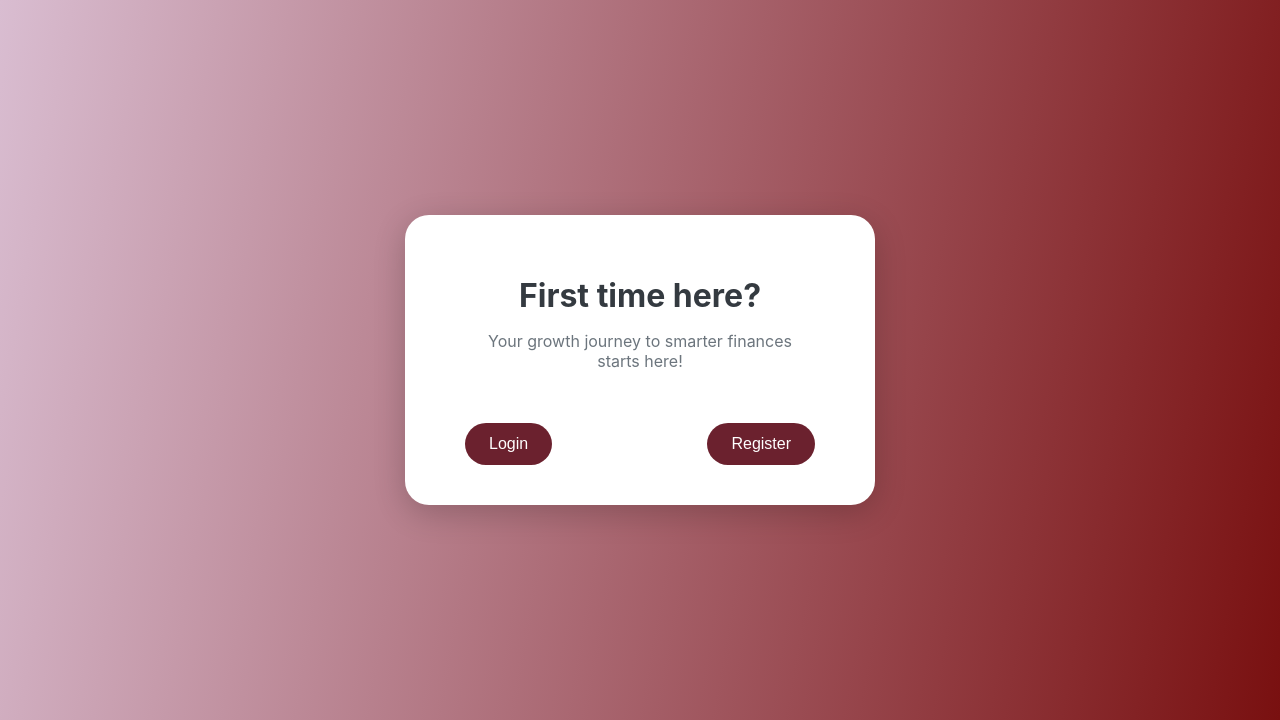
Repository: aab232/https---github.com-aab232-Deferred-Payment-Platform
Page: / (app in frontend/)
The author's editor kept a copy of each file at every save. The page is drawn from the files as they stood at one save, then again after the next save.
The browser window is 1280 px wide. The pictures show the whole page.
The project was rebuilt for these pictures with package versions that can differ from the ones it lists, and the page was loaded fresh each time. Also part of the build but not shown: frontend/src/components/Register.js, frontend/src/components/Login.js, frontend/src/components/Main.js.

Above is the page before, as saved 2025-03-19 13:38:26.

### frontend/src/App.js
import React from 'react';
import { BrowserRouter as Router, Routes, Route } from 'react-router-dom';
import Home from './components/Home';
import Register from './components/Register';
import Login from './components/Login';
import Main from './components/Main';

const App = () => {
  return (
    <Router>
      <Routes>
        <Route path="/" element={<Home />} />
        <Route path="/login" element={<Login />} />
        <Route path="/register" element={<Register />} />
        <Route path="/main" element={<Main />} />
      </Routes>
    </Router>
  );
};

export default App;

### frontend/src/components/Home.js
import React from 'react';
import { useNavigate } from 'react-router-dom';
import './Home.css';

const Home = () => {
  const navigate = useNavigate();

  return (
    <div className="container">
      <div className="card">
        <h1>First time here?</h1>
        <p>Your growth journey to smarter finances starts here!</p>
        <div className="button-group">
          <button onClick={() => navigate('/login')} className="btn">Login</button>
          <button onClick={() => navigate('/register')} className="btn">Register</button>
        </div>
      </div>
    </div>
  );
};

export default Home;

### frontend/src/components/Home.css
.container {
    display: flex;
    justify-content: center;
    align-items: center;
    height: 100vh; /* Full viewport height */
    background: linear-gradient(135deg, #252f3b, #252d3b); /* Elegant gradient */
  }

  .card {
    text-align: center;
    background: #fff;
    padding: 40px 60px;
    border-radius: 24px;
    box-shadow: 0 8px 32px rgba(0, 0, 0, 0.2);
    max-width: 350px;
    width: 100%;
  }

  h1 {
    margin-bottom: 16px;
    font-size: 28px;
    color: #252f3b;
  }

  p {
    margin-bottom: 32px;
    font-size: 16px;
    color: #555;
  }

  .button-group {
    display: flex;
    justify-content: space-between;
  }

  .btn {
    padding: 12px 24px;
    font-size: 16px;
    border: none;
    border-radius: 30px; /* Rounded buttons */
    cursor: pointer;
    transition: background 0.3s ease;
    color: white;
    background: #252f3b;
  }

  .btn:hover {
    background: #252f3b; /* Button hover effect */
  }

### frontend/src/components/Form.css
.container {
    display: flex;
    justify-content: center;
    align-items: center;
    height: 100vh;
    background: linear-gradient(100deg, #d9bdd1, #791010);
  }

  .form-card {
    background: white;
    padding: 40px 60px;
    border-radius: 24px;
    box-shadow: 0 8px 32px rgba(0, 0, 0, 0.2);
    max-width: 400px;
    width: 100%;
    text-align: center;
  }

  h2 {
    color: #252f3b;
  }

  input {
    display: block;
    width: 100%;
    margin: 10px 0;
    padding: 12px;
    border: 1px solid #ddd;
    border-radius: 30px;
  }

  .btn {
    padding: 12px 24px;
    margin-top: 20px;
    border-radius: 30px;
    border: none;
    color: white;
    background: #6b212e;
    cursor: pointer;
  }

  .btn:hover {
    background: #a41b34;
  }

  .link {
    color: #6b212e;
    cursor: pointer;
  }

### frontend/src/components/Main.css
.main-container {
    display: flex;
    flex-direction: column;
    align-items: center;
    justify-content: center;
    height: 100vh;
    background: #f8f9fa;
  }

  .taskbar {
    position: absolute;
    top: 20px;
    right: 40px;
    display: flex;
    gap: 20px;
  }

  .tab {
    cursor: pointer;
    padding: 8px 16px;
    border-radius: 8px;
    transition: background 0.3s ease;
  }

  .tab:hover {
    background: #007bff;
    color: white;
  }

  .logout {
    color: red;
  }

  h1 {
    font-size: 2rem;
    color: #343a40;
  }

  p {
    color: #6c757d;
  }

Loaded but not shown: frontend/public/index.html (common file); frontend/src/index.js (common file); frontend/src/index.css (common file)

After the next save:
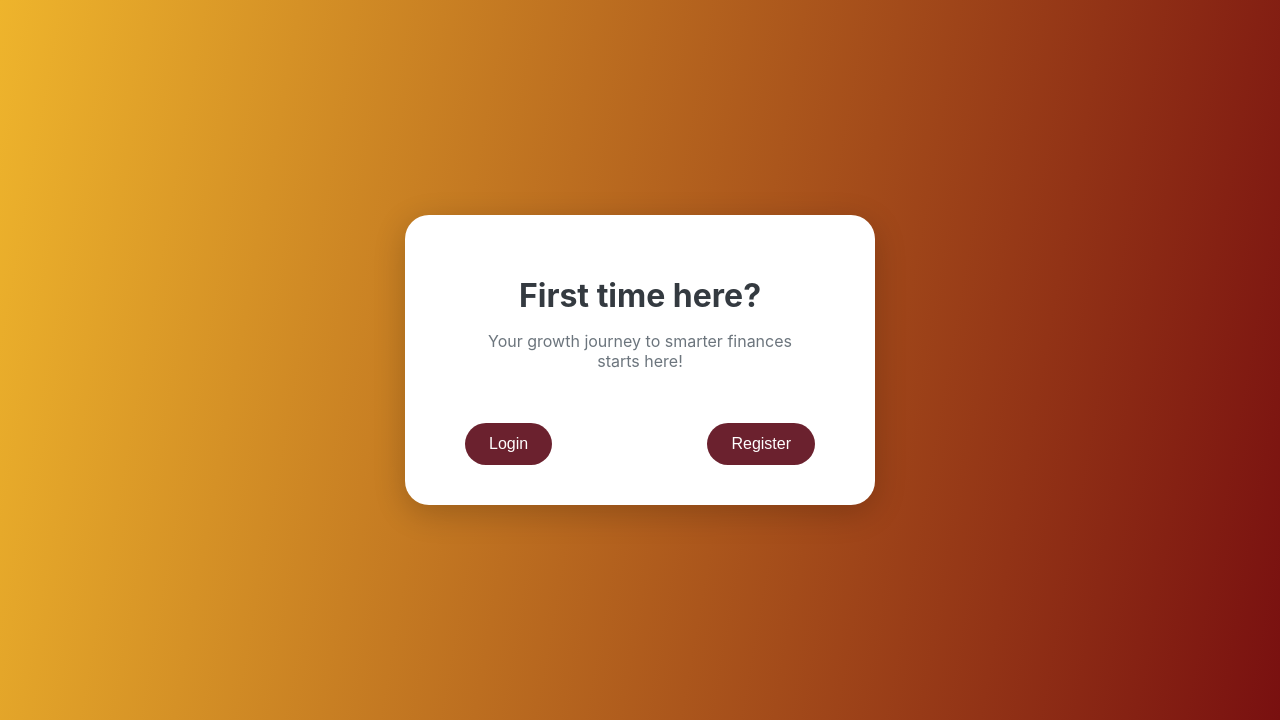
Saved 35 s later.
--- a/frontend/src/components/Form.css
+++ b/frontend/src/components/Form.css
@@ -3,7 +3,7 @@
     justify-content: center;
     align-items: center;
     height: 100vh;
-    background: linear-gradient(100deg, #d9bdd1, #791010);
+    background: linear-gradient(100deg, #EEB42C, #791010);
   }
 
   .form-card {
